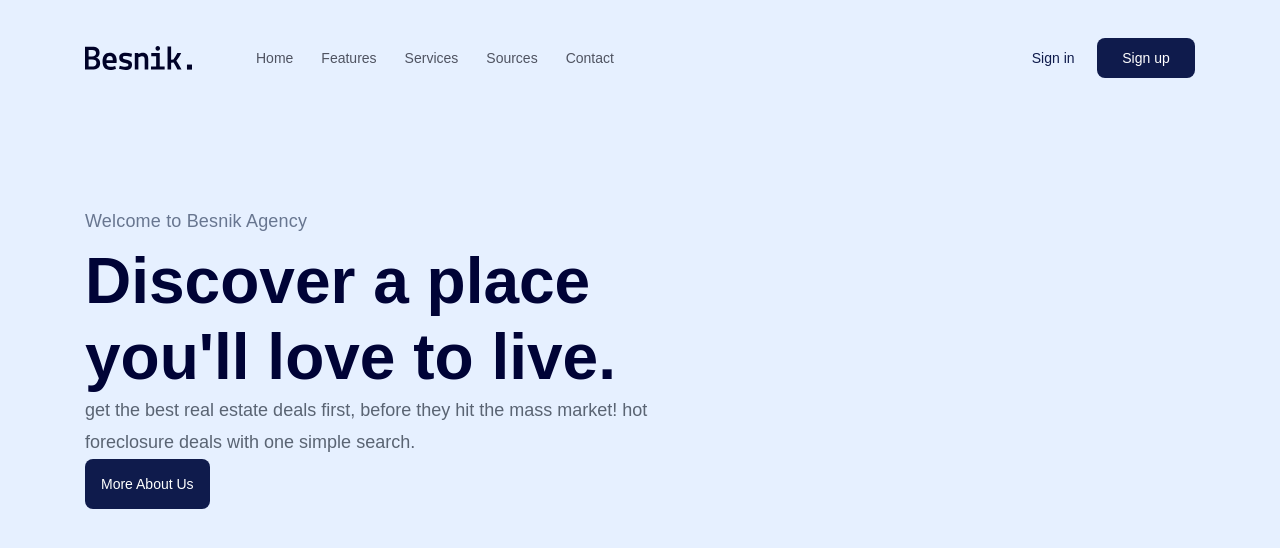
Repository: Daidoichihuy/project-01
Page: index.html
These files come from the project's save history. The page is drawn as it stood at one moment and after the next save; the edit follows.
The browser window is 1280 px wide. The pictures show the whole page.

Above is the page before, as saved 2024-04-28 11:57:09.

### index.html
<!DOCTYPE html>
<html lang="en">
  <head>
    <meta charset="UTF-8" />
    <meta name="viewport" content="width=device-width, initial-scale=1.0" />
    <title>Project_01</title>
    <link rel="stylesheet" href="./assets/css/reset.css" />
    <link rel="stylesheet" href="./assets/fonts/stylefont.css" />
    <link rel="stylesheet" href="./assets/css/style.css" />
  </head>
  <body>
    <main>
      <header class="header">
        <div class="content">
          <nav class="navbar">
            <!-- LOGO -->
            <img src="./assets/imgs/Logo.svg" alt="Besnik." />
            <!-- NAVIGATION -->
            <ul>
              <li><a href="#!">Home</a></li>
              <li><a href="#!">Features</a></li>
              <li><a href="#!">Services</a></li>
              <li><a href="#!">Sources</a></li>
              <li><a href="#!">Contact</a></li>
            </ul>
            <!-- ACTIVE -->
            <div class="action">
              <a href="#!" class="action-link">Sign in</a>
              <a href="#!" class="btn action-btn">Sign up</a>
            </div>
          </nav>
          <div class="hero">
            <div class="info">
              <p class="sub-title">Welcome to Besnik Agency</p>
              <h1 class="title">Discover a place you'll love to live.</h1>
              <p class="des">
                Get the best real estate deals first, before they hit the mass
                market! HOT FORECLOSURE DEALS with one simple search.
              </p>
              <a href="#!" class="btn">More About Us</a>
            </div>
          </div>
        </div>
      </header>
    </main>
  </body>
</html>

### assets/fonts/stylefont.css
@font-face {
  font-family: "DVN-Poppins";
  src: url("poppins/DVNPoppins-Regular.woff2") format("woff2"),
    url("poppins/DVNPoppins-Regular.woff") format("woff");
  font-weight: normal;
  font-style: normal;
  font-display: swap;
}

@font-face {
  font-family: "DVN-Poppins ExtBd";
  src: url("poppins/DVNPoppins-ExtraBold.woff2") format("woff2"),
    url("poppins/DVNPoppins-ExtraBold.woff") format("woff");
  font-weight: bold;
  font-style: normal;
  font-display: swap;
}

### assets/css/style.css
* {
  box-sizing: border-box;
}

:root {
  --primary-color: #0f1b4c;
}

html {
  font-size: 62.5%;
}

body {
  font-size: 1.6rem;
  font-family: "poppins", sans-serif;
}

/* COMMON */
.content {
  width: 1110px;
  max-width: calc(100% - 48px);
  margin-left: auto;
  margin-right: auto;
}

a {
  text-decoration: none;
}

.btn {
  display: inline-block;
  min-width: 98px;
  padding: 18px 16px;
  border-radius: 8px;
  background: var(--primary-color);
  color: #fff;
  text-align: center;
  font-size: 1.4rem;
  font-weight: 500;
}

/* HEADER*/
.header {
  background: #e6f0ff;
  height: 100vh;
}

.navbar {
  display: flex;
  align-items: center;
  padding-top: 38px;
}

.navbar ul {
  display: flex;
  margin-left: 50px;
}

.navbar ul li a {
  font-weight: 500;
  font-size: 1.4rem;
  color: #4f5361;
  padding: 8px 14px;
}
.navbar .action {
  margin-left: auto;
}

.navbar .action-link {
  font-size: 1.4rem;
  font-weight: 500;
  color: var(--primary-color);
}

.navbar .action-btn {
  padding: 13px 16px;
  margin-left: 18px;
}

/* HERO */
.hero {
  margin-top: 130px;
}

.hero .info {
  width: 51%;
}
.hero .sub-title {
  color: #687690;
  font-size: 1.8rem;
  line-height: 1.5;
  font-weight: 500;
  letter-spacing: 0.18px;
}

.hero .title {
  color: #000336;
  font-size: 6.4rem;
  font-weight: 700;
  line-height: 1.19;
  margin-top: 8px;
}

.hero .des {
  color: #5a6473;
  font-size: 1.8rem;
  font-weight: 400;
  line-height: 177.778%;
  text-transform: lowercase;
}

Loaded but not shown: assets/css/reset.css (common file)

After the next save:
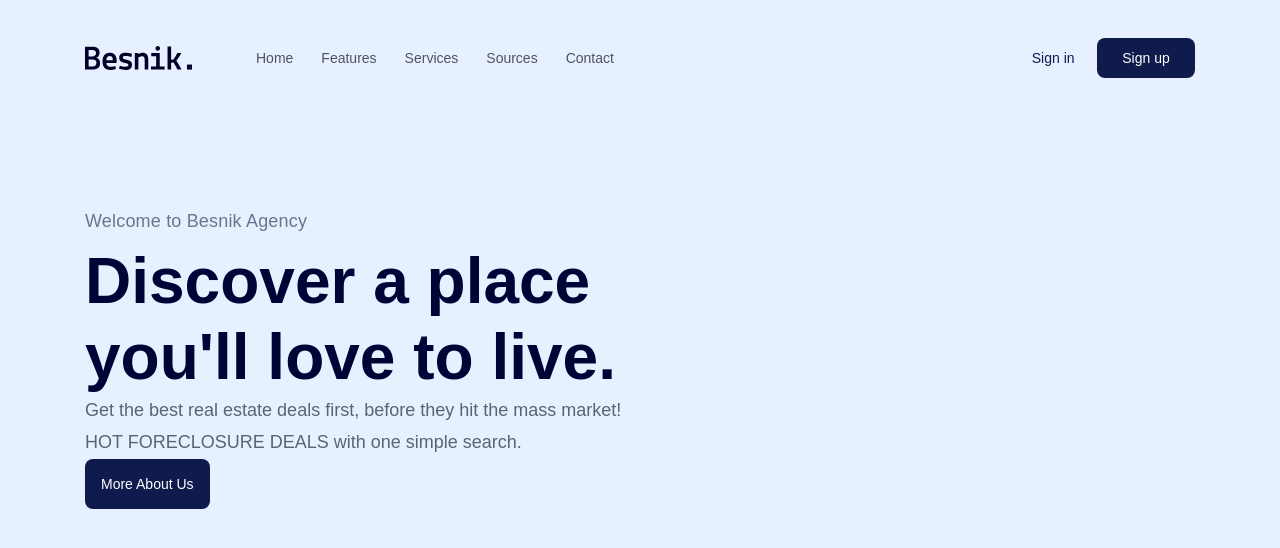
Saved 2 min 19 s later.
--- a/assets/css/style.css
+++ b/assets/css/style.css
@@ -106,5 +106,4 @@
   font-size: 1.8rem;
   font-weight: 400;
   line-height: 177.778%;
-  text-transform: lowercase;
 }
